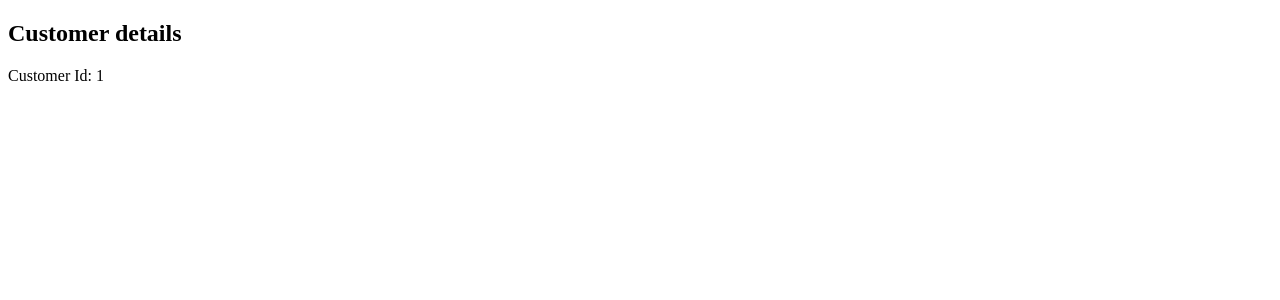
Repository: jbn-aman/wiprobatch1
Page: http://localhost/springweb/customer
These files come from the project's save history. The page is drawn as it stood at one moment and after the next save; the edit follows.
The browser window is 1280 px wide. The pictures show the whole page.
The page is served by Tomcat 9. Other server files are loaded and not shown.

Above is the page before, as saved 2024-04-05 09:53:55.

### project/Maven Projects/springweb/src/main/webapp/WEB-INF/view/customer-details.jsp
<%@ page language="java" contentType="text/html; charset=ISO-8859-1"
    pageEncoding="ISO-8859-1"%>
<!DOCTYPE html>
<html>
<head>
<meta charset="ISO-8859-1">
<title>Insert title here</title>
</head>
<body>
<h2>Customer details</h2>
<div>
<p> Customer Id: ${mycustomer.customerId } </p>

</div>

</body>
</html>

### project/Maven Projects/springweb/src/main/java/com/abc/springweb/model/Customer.java
package com.abc.springweb.model;

public class Customer {

	private int customerId;
	private String firstName;
	private String lastName;
	private int age;
	private String email;
	public int getCustomerId() {
		return customerId;
	}
	public void setCustomerId(int customerId) {
		this.customerId = customerId;
	}
	public String getFirstName() {
		return firstName;
	}
	public void setFirstName(String firstName) {
		this.firstName = firstName;
	}
	public String getLastName() {
		return lastName;
	}
	public void setLastName(String lastName) {
		this.lastName = lastName;
	}
	public int getAge() {
		return age;
	}
	public void setAge(int age) {
		this.age = age;
	}
	public String getEmail() {
		return email;
	}
	public void setEmail(String email) {
		this.email = email;
	}




}

After the next save:
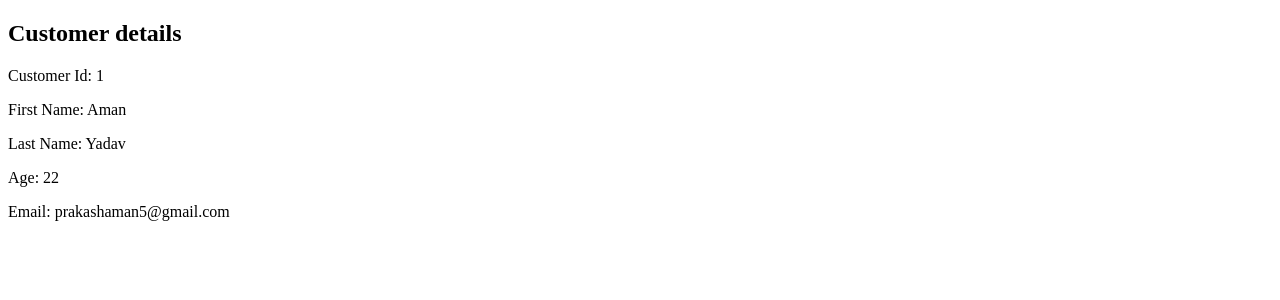
Saved 2 min 51 s later.
--- a/project/Maven Projects/springweb/src/main/webapp/WEB-INF/view/customer-details.jsp
+++ b/project/Maven Projects/springweb/src/main/webapp/WEB-INF/view/customer-details.jsp
@@ -9,9 +9,14 @@
 <body>
 <h2>Customer details</h2>
 <div>
-<p> Customer Id: ${mycustomer.customerId } </p>
+<p>Customer Id: ${mycustomer.customerId}</p>
+<p>First Name: ${mycustomer.firstName} </p>
+<p>Last Name: ${mycustomer.lastName} </p>
+<p>Age: ${mycustomer.age} </p>
+<p>Email: ${mycustomer.email} </p>
 
 </div>
 
+
 </body>
 </html>
